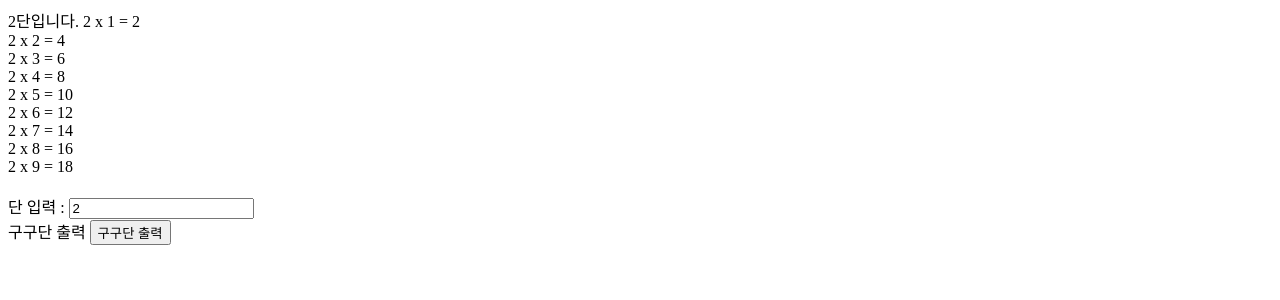
Repository: carnelli95/workspace_JSP
Page: http://localhost/MustHaveJSP/JSPMission/Gugudan3.jsp
These files come from the project's save history. The page is drawn as it stood at one moment and after the next save; the edit follows.
The browser window is 1280 px wide. The pictures show the whole page.
The page is served by Tomcat 9. Other server files are loaded and not shown.

Above is the page before, as saved 2025-09-26 08:21:56.

### MustHaveJSP/src/main/webapp/JSPMission/Gugudan3.jsp
<%@ page language="java" contentType="text/html; charset=UTF-8"
    pageEncoding="UTF-8"%>


<!DOCTYPE html>
<html>
<head>
<meta charset="UTF-8">
<title>Insert title here</title>
</head>
<body>
<table>
	<%
		int num = 2;
		String dan = request.getParameter("dan");
		if(dan != null) {
			num = Integer.parseInt(dan);
			if(num < 2 || num > 9){
				out.print("2단에서 9단까지만 출력가능합니다.");
				return;
			}
		}

		out.println(num + "단입니다.");
			for(int j = 1; j <= 9; j++) {
				out.print(num + " x " + j  + " = " + num * j + "<br>");
			}
			out.print("<br>");
	%>
</table>

<form>
	단 입력 	: <input type="text" name ="dan" value="<%= num %>"><br/>
	구구단 출력 <input type="submit" value="구구단 출력">
</form>
</body>
</html>

After the next save:
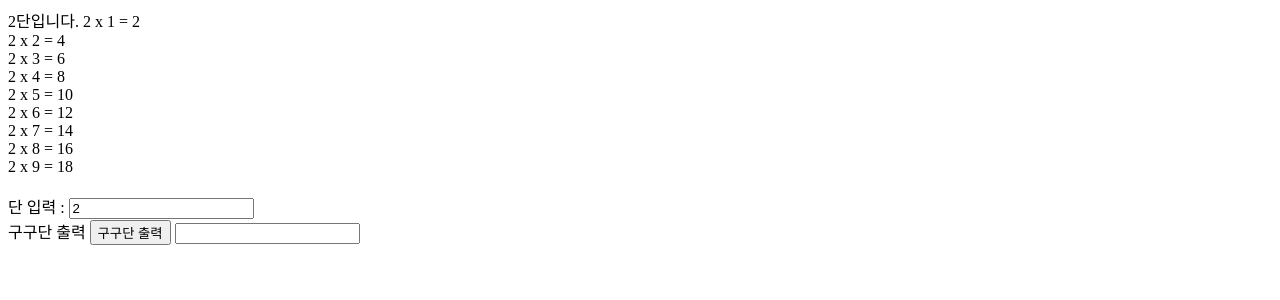
Saved 62 s later.
--- a/MustHaveJSP/src/main/webapp/JSPMission/Gugudan3.jsp
+++ b/MustHaveJSP/src/main/webapp/JSPMission/Gugudan3.jsp
@@ -32,6 +32,7 @@
 <form>
 	단 입력 	: <input type="text" name ="dan" value="<%= num %>"><br/>
 	구구단 출력 <input type="submit" value="구구단 출력">
+	<input type="text" name="msg" readonly>
 </form>
 </body>
 </html>
